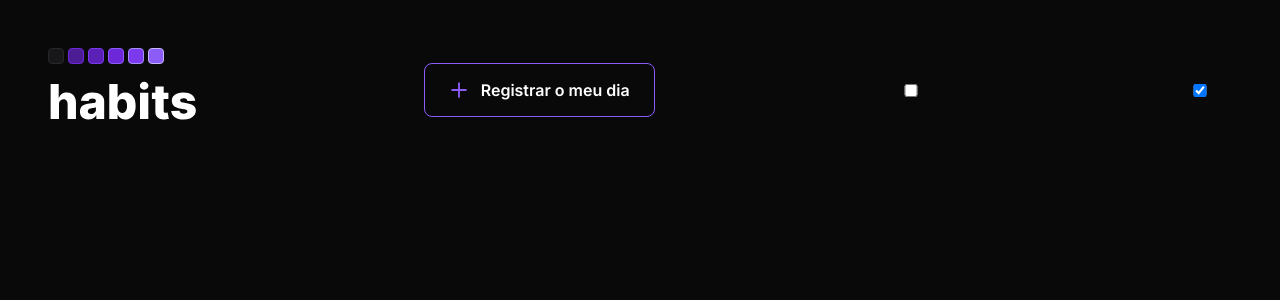
Repository: AntonyCosta/nlw-setup
Page: index.html
These files come from the project's save history. The page is drawn as it stood at one moment and after the next save; the edit follows.
The browser window is 1280 px wide. The pictures show the whole page.

Above is the page before, as saved 2023-01-18 03:36:46.

After the next save:
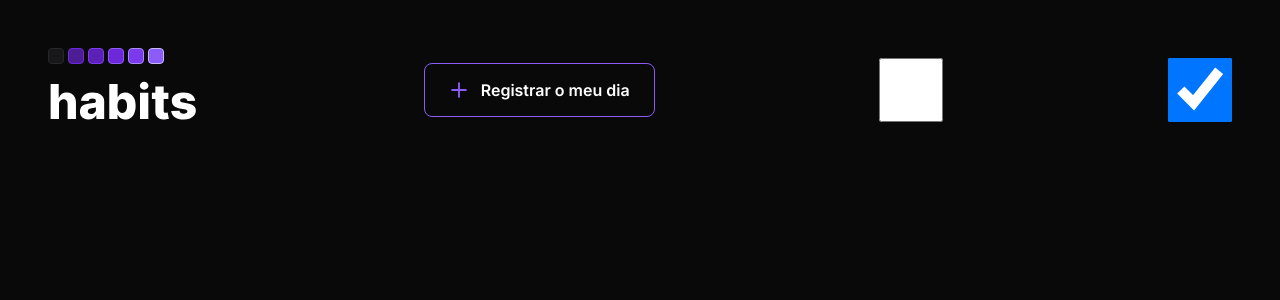
Saved 4 s later.
--- a/style.css
+++ b/style.css
@@ -41,4 +41,5 @@ button {
 
 input {
   width: 64px;
+  height: 64px;
 }
